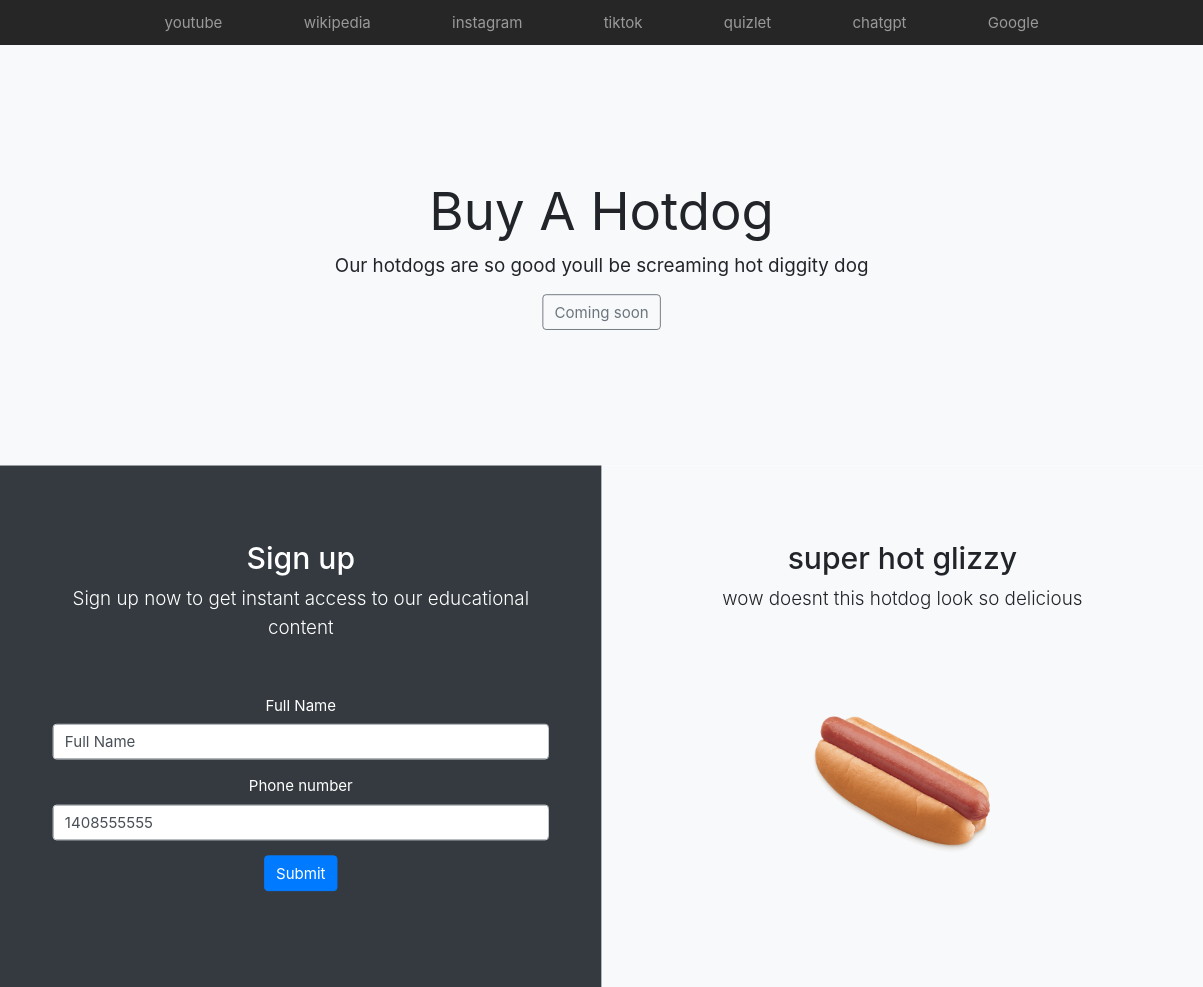
Repository: jkim1367/jacobkim-website
Page: LearnCS8-Twilio/index.html
The author's editor kept a record of every edit. The page is drawn from the files as they stood at one moment, then again after the next edit.
The browser window is 1280 px wide. The pictures show the whole page, at 94% of full size.

Above is the page before.

### LearnCS8-Twilio/index.html
<!doctype html>
<html lang="en">
  <head>
    <!-- Required meta tags -->
    <meta charset="utf-8">
    <meta name="viewport" content="width=device-width, initial-scale=1, shrink-to-fit=no">
    <meta name="description" content="The finest dogs">
    <meta name="author" content="862385428">

    <!-- Bootstrap CSS -->
    <link rel="stylesheet" href="https://stackpath.bootstrapcdn.com/bootstrap/4.5.2/css/bootstrap.min.css" integrity="sha384-JcKb8q3iqJ61gNV9KGb8thSsNjpSL0n8PARn9HuZOnIxN0hoP+VmmDGMN5t9UJ0Z" crossorigin="anonymous">

    <!-- Title of your Website -->
    <title>Jacob Dogs</title>
    <link href="product.css" rel="stylesheet">
  </head>
  <body>
<nav class="site-header sticky-top py-1">
    <!-- Top Menu Bar -->
    <div class="container d-flex flex-column flex-md-row justify-content-between">
        <a class="py-2 d-none d-md-inline-block" id="menu-item-1" href="https://www.youtube.com/" target="_blank">youtube</a>
        <a class="py-2 d-none d-md-inline-block" id="menu-item-2" href="https://www.wikipedia.org/" target="_blank">wikipedia</a>
        <a class="py-2 d-none d-md-inline-block" id="menu-item-3" href="https://www.instagram.com/" target="_blank">instagram</a>
        <a class="py-2 d-none d-md-inline-block" id="menu-item-4" href="https://www.tiktok.com/en/" target="_blank">tiktok</a>
        <a class="py-2 d-none d-md-inline-block" id="menu-item-5" href="https://quizlet.com/latest" target="_blank">quizlet</a>
        <a class="py-2 d-none d-md-inline-block" id="menu-item-6" href="https://openai.com/blog/chatgpt" "_blank">chatgpt</a>
        <a class="py-2 d-none d-md-inline-block" id="menu-item-7" href="https://google.com" target="_blank">Google</a>
    </div>
</nav>
<!-- Main Header Section h1-->
<div class="position-relative overflow-hidden p-3 p-md-5 m-md-0 text-center bg-light">
    <div class="col-md-8 p-lg-5 mx-auto my-5">
        <h1 class="display-4 font-weight-normal">Buy A Hotdog</h1>
        <p class="lead font-weight-normal">Our hotdogs are so good youll be screaming hot diggity dog</p>
        <a class="btn btn-outline-secondary" href="https://www.youtube.com/watch?v=J0TWTnYZBdM&t=3s">Coming soon</a>
    </div>
</div>
<!-- Left Tile -->
<div class="d-md-flex flex-md-equal w-100">
    <div class="bg-dark pt-3 px-3 pt-md-5 px-md-5 text-center text-white overflow-hidden">
        <div class="my-3 py-3">
            <h2 class="display-5">Sign up</h2>
            <p class="lead">Sign up now to get instant access to our educational content</p>
        </div>
        <!-- Web form when submitted will send a text message -->
        <form class="p-2" onsubmit="sendTextMessage(); return false;">
            <!-- Full Name Form Field -->
            <div class="form-group">
                <label for="example-first-name">Full Name</label>
                <input type="text" value="Full Name" class="form-control" id="example-first-name" aria-describedby="emailHelp">
            </div>
            <!-- Phone Number Form Field -->
            <div class="form-group">
                <label for="example-tel-input">Phone number</label>
                <input type="tel" class="form-control" value="1408555555" id="example-tel-input">
            </div>
            <!-- JavaScript that handles onSubmit logic -->
            <!-- Configure the XHR request below with your own credentials -->
            <script>
            function sendTextMessage() {
                console.log("Hello world!");
                var xhr = new XMLHttpRequest();
                var accountSID = "AC016f8cf40dc5fe60b744852848ab1283";
                var authToken = "b3a0b7572a8a7d6d9b50263e5760ac9c";
                var base64encoded = accountSID + ":" + authToken;
                var params = "To=" + document.getElementById('example-tel-input').value + "&From=" + "+18558173806" + "&Body=" + "Hello " + document.getElementById('example-first-name').value + " nice glizzy."
                xhr.open("POST", "https://api.twilio.com/2010-04-01/Accounts/" + accountSID + "/Messages.json", true);
                xhr.setRequestHeader('Content-Type', 'application/x-www-form-urlencoded');
                xhr.setRequestHeader('Authorization', 'Basic ' + btoa(base64encoded));
                xhr.send(params);
            }
            </script>
            <!-- Submit button that will execute the sendTextMessage function -->
            <button type="submit" class="btn btn-primary">Submit</button>
        </form>
    </div>
    <!-- Right Tile -->
    <div class="bg-light pt-3 px-3 pt-md-5 px-md-5 text-center overflow-hidden">
        <div class="my-3 p-3">
            <h2 class="display-5">super hot glizzy</h2>
            <p class="lead">wow doesnt this hotdog look so delicious</p>
            <img class="mx-auto" src="classic-hot-dog.png" height="250px">
        </div>
        <div class="mx-auto" style="width: 80%; height: 100px; border-radius: 21px 21px 0 0;"></div>
    </div>
</div>
  </body>
</html>

### LearnCS8-Twilio/product.css
.container {
  max-width: 960px;
}

/*
 * Custom translucent site header
 */

.site-header {
  background-color: rgba(0, 0, 0, .85);
  -webkit-backdrop-filter: saturate(180%) blur(20px);
  backdrop-filter: saturate(180%) blur(20px);
}
.site-header a {
  color: #999;
  transition: ease-in-out color .15s;
}
.site-header a:hover {
  color: #fff;
  text-decoration: none;
}

/*
 * Dummy devices (replace them with your own or something else entirely!)
 */

.product-device {
  position: absolute;
  right: 10%;
  bottom: -30%;
  width: 300px;
  height: 540px;
  background-color: #333;
  border-radius: 21px;
  -webkit-transform: rotate(30deg);
  transform: rotate(30deg);
}

.product-device::before {
  position: absolute;
  top: 10%;
  right: 10px;
  bottom: 10%;
  left: 10px;
  content: "";
  background-color: rgba(255, 255, 255, .1);
  border-radius: 5px;
}

.product-device-2 {
  top: -25%;
  right: auto;
  bottom: 0;
  left: 5%;
  background-color: #e5e5e5;
}


/*
 * Extra utilities
 */

.flex-equal > * {
  -ms-flex: 1;
  flex: 1;
}
@media (min-width: 768px) {
  .flex-md-equal > * {
    -ms-flex: 1;
    flex: 1;
  }
}

.overflow-hidden { overflow: hidden; }

After the next edit:
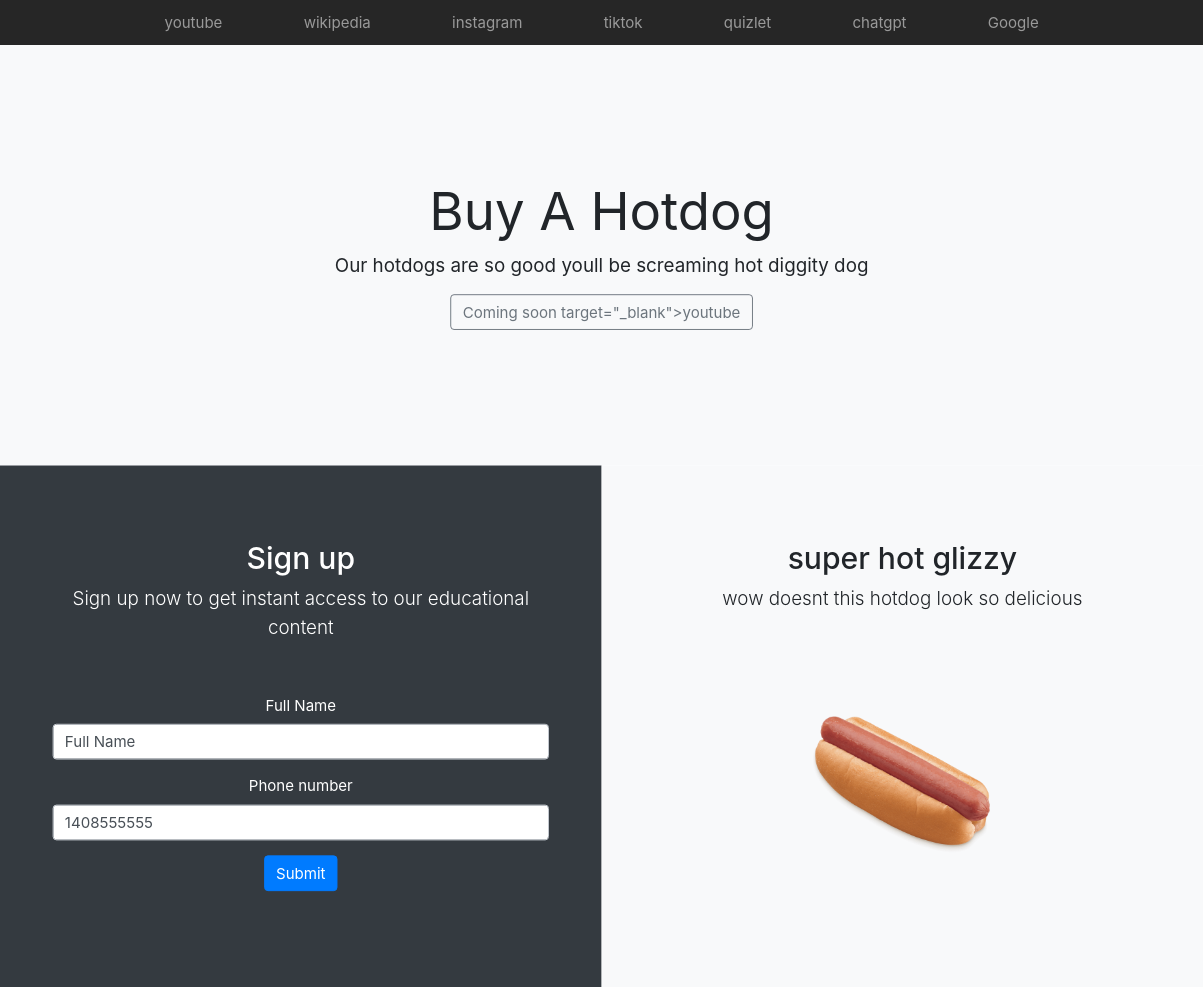
The edit:
--- a/LearnCS8-Twilio/index.html
+++ b/LearnCS8-Twilio/index.html
@@ -32,7 +32,7 @@
     <div class="col-md-8 p-lg-5 mx-auto my-5">
         <h1 class="display-4 font-weight-normal">Buy A Hotdog</h1>
         <p class="lead font-weight-normal">Our hotdogs are so good youll be screaming hot diggity dog</p>
-        <a class="btn btn-outline-secondary" href="https://www.youtube.com/watch?v=J0TWTnYZBdM&t=3s">Coming soon</a>
+        <a class="btn btn-outline-secondary" href="https://www.youtube.com/watch?v=J0TWTnYZBdM&t=3s">Coming soon<www class="youtube"></www> target="_blank">youtube</a>
     </div>
 </div>
 <!-- Left Tile -->
